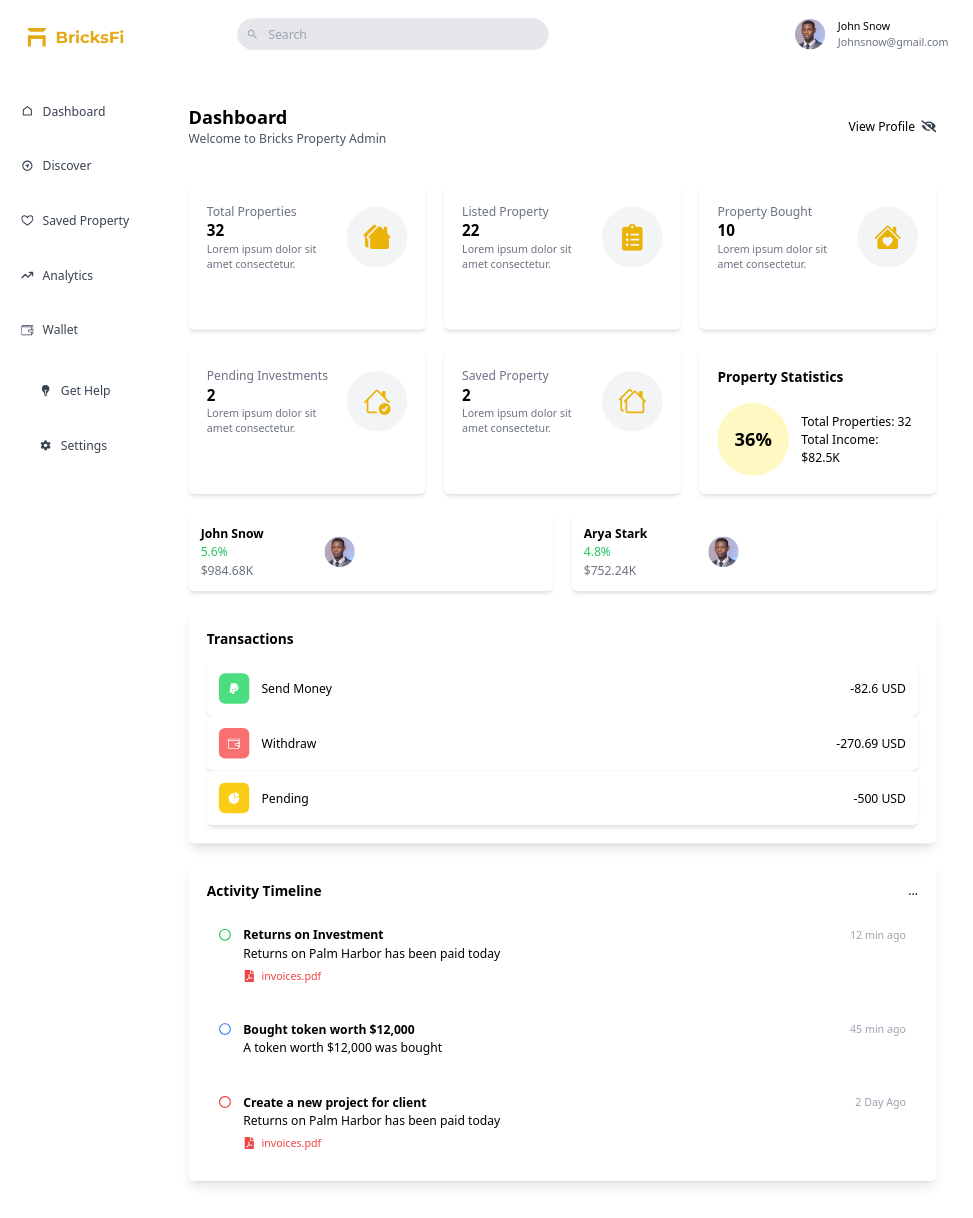
Repository: AyomideAkintade/BricksFi-Frontend
Page: /dashboard (app in client/)
An editor plug-in stored every save of this project. The page is shown before and after the next save, followed by the edit.
The browser window is 1280 px wide. The pictures show the whole page, at 76% of full size.
The page's requests for data from a server got no answer. The project was rebuilt for these pictures with package versions that can differ from the ones it lists, and the page was loaded fresh each time. No one was signed in, and anything a server would have sent is missing. Also part of the build but not shown: client/src/components/navbar.jsx, client/src/components/home.jsx, client/src/components/homeSecond.jsx, client/src/components/homeThird.jsx, client/src/components/homeFifth.jsx, client/src/components/homeSixth.jsx, client/src/components/homeSeventh.jsx, client/src/api/base.js and 11 more.

Above is the page before, as saved 2024-10-04 23:14:54.

### client/src/index.css
@import "tailwindcss/base";
@import "tailwindcss/components";
@import "tailwindcss/utilities";


@font-face {
  font-family: Poppins;
  src: url(/src/assets/fonts/Poppins-Regular.ttf) format("truetype"), url(/src/assets/fonts/Poppins-Bold.ttf) format("truetype"), url(/src/assets/fonts/Poppins-Medium.ttf) format("truetype");

}

### client/src/App.js
import { BrowserRouter as Router, Route, Routes } from "react-router-dom";
import Home from "./pages/homePage";
import HomeFourth from "./components/login.jsx";
import HomeEight from "./components/signup.jsx";
import ForgotPasswordPage from "./components/forgotPassword.jsx";
import DashboardLayout from "./pages/dashboardLayout";
import DashboardPage from "./pages/dashboard.jsx";
import PieAnalytics from "./components/analytics.jsx";
import Discover from "./components/discover.jsx";
import SavedPropertyPage from "./components/savedProperties.jsx";
import { ToastContainer } from "react-toastify";
import 'react-toastify/dist/ReactToastify.css';
import { useEffect, useState } from "react";
import { BrCookies } from "./utils/storage/cookies.js";
// import DiscoverPage from "./pages/discover.jsx";
// import SavedPropertyPage from "./pages/savedProperty.jsx";

function App() {

  const [ loggedIn, setLoggedIn ] = useState(false);
  const [ isLoading, setLoading ] = useState(true);

  useEffect(()=>{
    const ck = new BrCookies(document);
    ck.getCookie('authToken')
      .then((value) => {
        setLoggedIn(true);
        setLoading(false);
      })
      .catch((e) => {
        setLoading(false);
        // this.setState({ isLoading: false }); // Set loading to false even if there is an error
      });
  }, [])
  if (isLoading) {
    return <div></div>;
  }

  return (
    <div>
      <ToastContainer limit={5} />
      {loggedIn ?
      <Router>
        <Routes>
          <Route path="*" element={<DashboardLayout />}>
            <Route index element={<DashboardPage />} />
          </Route>
          <Route path="/dashboard" element={<DashboardLayout />}>
            <Route index element={<DashboardPage />} />
            <Route path="discover" element={<Discover/>} />
            <Route path="saved-property" element={<SavedPropertyPage/>} />
            <Route path="analytics" element={<PieAnalytics />} />
          </Route>
        </Routes>
      </Router>
      :
      <Router>
        <Routes>
          {/* Public Routes */}
          <Route path="/" element={<Home />} />
          <Route path="/login" element={<HomeFourth />} />
          <Route path="/signup" element={<HomeEight />} />
          <Route path="/forgot-password" element={<ForgotPasswordPage />} />

          {/* Dashboard Routes with Sidebar and Header */}
          <Route path="/dashboard" element={<DashboardLayout />}>
            <Route index element={<DashboardPage />} />
            <Route path="discover" element={<Discover/>} />
            <Route path="saved-property" element={<SavedPropertyPage/>} />
            <Route path="analytics" element={<PieAnalytics />} />
          </Route>
        </Routes>
      </Router>
      }
    </div>
  );
}

export default App;

### client/src/pages/dashboardLayout.jsx
import React from 'react';
import Sidebar from '../components/sidebar';
import Header from '../components/header';
import { Outlet } from 'react-router-dom';

const DashboardLayout = () => {
  return (
    <div className="flex">
      {/* Sidebar */}
      <Sidebar />

      <div className="flex-1 ml-[200px]">
        {/* Header */}
        <Header />

        <div className="p-6">
          {/* Outlet will render the child routes here */}
          <Outlet />
        </div>
      </div>
    </div>
  );
};

export default DashboardLayout;

### client/src/pages/dashboard.jsx
import React from 'react';
import DashboardStats from '../components/statCard';
import TopInvestors from '../components/investorCard';
import Transactions from '../components/transaction';
import ActivityTimeline from '../components/activity';
import { FaEyeSlash } from 'react-icons/fa'; // Make sure to import the icon

const Dashboard = () => {
  return (
    <div className="flex flex-col">
      <div className="flex justify-between p-6">
        <div>
          <h2 className="text-2xl font-semibold">Dashboard</h2>
          <p className="text-gray-600">Welcome to Bricks Property Admin</p>
        </div>
        <div className="flex items-center space-x-2">
          <span>View Profile</span>
          <FaEyeSlash className="text-gray-700 text-xl" />
        </div>
      </div>
      <div className="p-6">
        {/* Dashboard Stats */}
        <DashboardStats />

        {/* Top Investors and Property Stats */}
        <div className=" mt-6">
          <TopInvestors />

        </div>

        {/* Transactions Section */}
        <div className="mt-6">
          <Transactions />
        </div>

        {/* Activity Timeline */}
        <div className="mt-6">
          <ActivityTimeline />
        </div>
      </div>
    </div>
  );
};

export default Dashboard;

### client/src/utils/storage/cookies.js

// eslint-disable-next-line no-unused-vars
class BrCookies {

    constructor(document) {
        this.document = document || (typeof document !== "undefined" ? document : null);
    }

    /**
     *
     * @param {Array<CookieData>} dataList
     */

    saveCookies(dataList){

        if (!Array.isArray(dataList)) {
            throw new Error("Data list must be an array.");
        }

        for (const data of dataList) {
            if (!(data instanceof CookieData)) {
                throw new Error("Invalid cookie data format.");
            }

            // save each cookie
            let cookieValue = `${data.name}=${data.value}; expires=${data.expiryDate.toUTCString()}; path=/`;

            // Set SameSite=None if running on localhost
            if (window.location.hostname !== 'localhost') {

                cookieValue += '; SameSite=Strict; Secure'
            }

            this.document.cookie = cookieValue;
        }
    }

    async getCookie(name) {
        return new Promise((resolve, reject) => {
          const cookies = this.document.cookie.split('; ');
          for (const cookie of cookies) {
            const [cookieName, cookieValue] = cookie.split('=');
            if (cookieName === name) {
              resolve(cookieValue);
              return;
            }
          }
          reject(new Error(`Cookie with name ${name} not found.`));
        });
    }

    removeCookie(name) {
        this.document.cookie = name + "=;Path=/;expires=Thu, 01 Jan 1970 00:00:00 GMT";
    }

    removeAllCookies() {
        const cookies = this.document.cookie.split(";");
        for (var i = 0; i < cookies.length; i++) {
            const cookie = cookies[i];
            const eqPos = cookie.indexOf("=");
            const name = eqPos > -1 ? cookie.substr(0, eqPos) : cookie;
            document.cookie = name + "=;Path=/;expires=Thu, 01 Jan 1970 00:00:00 GMT";
        }
    }
}


class CookieData {
    constructor(name, value, expiryDate) {

        if (typeof name !== "string" || typeof value !== "string" || !(expiryDate instanceof Date) || name.length === 0) {
            throw new Error("Invalid CookieData format.");
        }

        this.name = name;
        this.value = value;
        this.expiryDate = expiryDate;
    }
}

function createCookieDate(timeInSec) {

    const timeInDays = timeInSec / (3600 * 24);

    const currentDate = new Date();

    const futureDate = new Date();
    futureDate.setDate(currentDate.getDate() + timeInDays);


    return futureDate
}


export { BrCookies, CookieData, createCookieDate };

### client/src/components/sidebar.jsx
import React from 'react';
import { Link } from 'react-router-dom';
import { RiHomeLine } from "react-icons/ri";
import { RiCompassDiscoverLine } from "react-icons/ri";
import { GrFavorite } from "react-icons/gr";
import { FaArrowTrendUp } from "react-icons/fa6";
import { TfiWallet } from "react-icons/tfi";
import { IoBulbSharp } from "react-icons/io5";
import { IoMdSettings } from "react-icons/io";
import BricksFi from "../assets/bricksfi.svg"

const Sidebar = () => {
  return (
    <aside className="bg-white h-screen w-[15%] fixed p-3 min-w-[200px]">
      <div className="p-6">
        <img
        src={BricksFi}
        alt='BricksFi'
        className='w-full'
        />
      </div>
      <nav className="mt-8">
        <ul className="space-y-4">
          <li className="p-4 hover:bg-yellow-100">
            <Link to="/dashboard" className="flex items-center text-gray-700">
              <RiHomeLine className="mr-3" /> Dashboard
            </Link>
          </li>
          <li className="p-4 hover:bg-yellow-100">
            <Link to="/dashboard/discover" className="flex items-center text-gray-700">
              <RiCompassDiscoverLine className="mr-3" /> Discover
            </Link>
          </li>
          <li className="p-4 hover:bg-yellow-100">
            <Link to="/dashboard/saved-property" className="flex items-center text-gray-700">
              <GrFavorite className="mr-3" /> Saved Property
            </Link>
          </li>
          <li className="p-4 hover:bg-yellow-100">
            <Link to="/dashboard/analytics" className="flex items-center text-gray-700">
              <FaArrowTrendUp className="mr-3" /> Analytics
            </Link>
          </li>
          <li className="p-4 hover:bg-yellow-100">
            <Link to="/dashboard/wallet" className="flex items-center text-gray-700">
              <TfiWallet className="mr-3" /> Wallet
            </Link>
          </li>
        </ul>
      </nav>
      <div className="mt-auto p-6">
        <ul className="space-y-4">
          <li className="p-4 hover:bg-yellow-100">
            <Link to="/" className="flex items-center text-gray-700">
              <IoBulbSharp className="mr-3" /> Get Help
            </Link>
          </li>
          <li className="p-4 hover:bg-yellow-100">
            <Link to="/" className="flex items-center text-gray-700">
              <IoMdSettings className="mr-3" /> Settings
            </Link>
          </li>
        </ul>
      </div>
    </aside>
  );
};

export default Sidebar;

### client/src/components/header.jsx
import React from 'react';
import COCO from "../assets/clem.jpeg"
import { IoMdSearch } from "react-icons/io";
import { IoNotificationsOutline } from "react-icons/io5";

const Header = () => {
  return (
    <div className="w-full flex gap-10 justify-between items-center py-6 bg-white sticky top-0 z-50 px-12" >
      {/* style={{boxShadow: "1px 1px 20px -8px #0000001A"}} */}
      <div className='px-16 w-full'>
      <div className="relative w-2/3">
        <input
          type="text"
          placeholder="Search"
          className="p-2 pl-10 w-full border rounded-full bg-gray-200 text-black focus:outline-none"
        />
        <IoMdSearch className="absolute left-3 top-1/2 transform -translate-y-1/2 text-gray-400" />
      </div>
      </div>
      <div className="flex items-center space-x-4 ">
        <IoNotificationsOutline className="text-gray-700 text-2xl" />
        <img
          src={COCO}
          alt="profile"
          className="rounded-full h-10 w-10"
        />
        <div className="">
          <span className="block text-sm font-medium">John Snow</span>
          <span className="block text-sm text-gray-500">Johnsnow@gmail.com</span>
        </div>
      </div>
    </div>
  );
};

export default Header;

### client/src/components/statCard.jsx
import { BsFillHousesFill, BsHouseCheck, BsFillHouseHeartFill, BsHouses } from "react-icons/bs";
import { FaClipboardList } from "react-icons/fa";
import PropertyStatistics from '../components/propertyStatistic';


const StatCard = ({ title, value, icon, paragraph }) => {
    return (
        <div className="bg-white shadow-md rounded-lg p-6 h-48 flex flex-col justify-between">
            <div className="flex items-center space-x-4">
                <div className="flex-1">
                    <h3 className="text-gray-500">{title}</h3>
                    <h2 className="text-xl font-semibold">{value}</h2>
                    <p className="text-md text-gray-500 text-sm">{paragraph}</p>
                </div>
                <div className="flex items-center justify-center w-20 h-20 bg-gray-100 rounded-full text-yellow-500 text-4xl">
                    {icon}
                </div>
            </div>
        </div>
    );
};


const DashboardStats = () => {
    return (
        <div className="grid grid-cols-1 md:grid-cols-3 gap-6">
            <StatCard
                title="Total Properties"
                value="32"
                paragraph="Lorem ipsum dolor sit amet consectetur."
                icon={<BsFillHousesFill />}
            />
            <StatCard
                title="Listed Property"
                value="22"
                paragraph="Lorem ipsum dolor sit amet consectetur."
                icon={<FaClipboardList />}
            />
            <StatCard
                title="Property Bought"
                value="10"
                paragraph="Lorem ipsum dolor sit amet consectetur."
                icon={<BsFillHouseHeartFill />}
            />
            <StatCard
                title="Pending Investments"
                value="2"
                paragraph="Lorem ipsum dolor sit amet consectetur."
                icon={<BsHouseCheck />}
            />
             <StatCard
                title="Saved Property"
                value="2"
                paragraph="Lorem ipsum dolor sit amet consectetur."
                icon={<BsHouses />}
            />


                <PropertyStatistics />

        </div>
    );
};

export default DashboardStats;

### client/src/components/investorCard.jsx
import Clem from "../assets/clem.jpeg";


const InvestorCard = ({ name, investment, profit }) => {
    return (
      <div className="flex items-center p-4 bg-white shadow-md rounded-lg">

        <div>
          <h3 className="font-semibold">{name}</h3>
          <p className="text-green-500"> {profit}</p>
          <p className="text-gray-500"> {investment}</p>
        </div>

        <img
          src={Clem}
          alt={name}
          className="rounded-full h-10 w-10 ml-20"
        />
      </div>
    );
  };

  const TopInvestors = () => {
    return (
      <>
        {/* <h2 className="text-lg font-semibold mb-4">Top Investors</h2> */}
        <div className="grid grid-cols-1 md:grid-cols-2 gap-6">
          <InvestorCard name="John Snow" investment="$984.68K" profit="5.6%" />
          <InvestorCard name="Arya Stark" investment="$752.24K" profit="4.8%" />
        </div>
      </>
    );
  };

  export default TopInvestors;

### client/src/components/transaction.jsx
import { FaPaypal } from "react-icons/fa6";
import { TfiWallet } from "react-icons/tfi";
import { GiPieChart } from "react-icons/gi";

const TransactionItem = ({ icon, description, amount, bgColor }) => {
    return (
        <div className="flex justify-between items-center p-4 bg-white shadow-md rounded-lg">
            {/* Icon and Description in a row */}
            <div className="flex items-center space-x-4">
                {/* Icon with dynamic background and rounded shape */}
                <div className={`p-3 ${bgColor} rounded-lg text-white`}>
                    {icon}
                </div>
                <span>{description}</span>
            </div>

            {/* Amount */}
            <div>
                <span>{amount}</span>
            </div>
        </div>
    );
};

const Transactions = () => {
    return (
        <div className="bg-white p-6 shadow-lg rounded-lg">
            <h2 className="text-lg font-semibold mb-4">Transactions</h2>
            {/* Different background colors for each transaction */}
            <TransactionItem
                icon={<FaPaypal />}
                description="Send Money"
                amount="-82.6 USD"
                bgColor="bg-green-400"  // Green background
            />
            <TransactionItem
                icon={<TfiWallet />}
                description="Withdraw"
                amount="-270.69 USD"
                bgColor="bg-red-400"    // Red background
            />
            <TransactionItem
                icon={<GiPieChart />}
                description="Pending"
                amount="-500 USD"
                bgColor="bg-yellow-400" // Yellow background
            />
        </div>
    );
};

export default Transactions;

### client/src/components/activity.jsx
import React from 'react';
import { FaRegCircle, FaFilePdf } from 'react-icons/fa'; // Import necessary icons

const ActivityItem = ({ title, description, time, file, color }) => {
    return (
        <div className="flex items-start space-x-4 p-4">
            <div className="mt-1">
                {/* The color prop determines the icon color */}
                <FaRegCircle className={`${color}`} />
            </div>
            <div className="flex-1">
                <div className="flex justify-between items-center">
                    <h4 className="font-semibold">{title}</h4>
                    <span className="text-gray-400 text-sm">{time}</span>
                </div>
                <p>{description}</p>
                {file && (
                    <div className="flex items-center mt-2 text-red-500">
                        <FaFilePdf />
                        <span className="ml-2 text-sm">{file}</span>
                    </div>
                )}
            </div>
        </div>
    );
};

const ActivityTimeline = () => {
    return (
        <div className="bg-white p-6 shadow-lg rounded-lg">
            <div className="flex justify-between items-center mb-4">
                <h2 className="text-lg font-semibold">Activity Timeline</h2>
                <div>...</div>
            </div>
            <div className="space-y-4">
                <ActivityItem
                    title="Returns on Investment"
                    description="Returns on Palm Harbor has been paid today"
                    time="12 min ago"
                    file="invoices.pdf"
                    // Blue icon
                    color="text-green-500"
                />
                <ActivityItem
                    title="Bought token worth $12,000"
                    description="A token worth $12,000 was bought"
                    time="45 min ago"
                    color="text-blue-500" // Green icon
                />
                <ActivityItem
                    title="Create a new project for client"
                    description="Returns on Palm Harbor has been paid today"
                    time="2 Day Ago"
                    file="invoices.pdf"
                    color="text-red-500" // Red icon
                />
            </div>
        </div>
    );
};

export default ActivityTimeline;

### client/src/components/propertyStatistic.jsx
import React from 'react';

const PropertyStatistics = () => {
    return (
        <div className="bg-white shadow-md rounded-lg p-6 flex flex-col justify-between">
            <h2 className="text-lg font-semibold mb-4">Property Statistics</h2>
            <div className="flex items-center space-x-4">
                {/* Property Stats Circle Graph */}
                <div className="w-24 h-24 bg-yellow-100 rounded-full flex items-center justify-center">
                    <span className="text-2xl font-bold">36%</span>
                </div>
                <div>
                    <p>Total Properties: 32</p>
                    <p>Total Income: $82.5K</p>
                </div>
            </div>
        </div>
    );
};

export default PropertyStatistics;

### client/tailwind.config.js
/** @type {import('tailwindcss').Config} */
module.exports = {
  content: ["./src/**/*.{html,js,jsx}"],
  theme: {
    extend: {
      fontFamily: {
        Poppins: ['Poppins'],
      }
    },
    screens: {
      sm: '640px',
      // => @media (min-width: 640px) { ... }

      md: '768px',
      // => @media (min-width: 768px) { ... }

      lg: '1024px',
      // => @media (min-width: 1024px) { ... }

      xl: '1280px',
      // => @media (min-width: 1280px) { ... }

      '2xl': '1536px',
      // => @media (min-width: 1536px) { ... }
      'custombp': {'raw': '(min-height: 375px),(min-width:768px)'}
    },
  },
  plugins: [],
}

Loaded but not shown: client/public/index.html (common file); client/src/index.js (common file); client/src/reportWebVitals.js (common file)

After the next save:
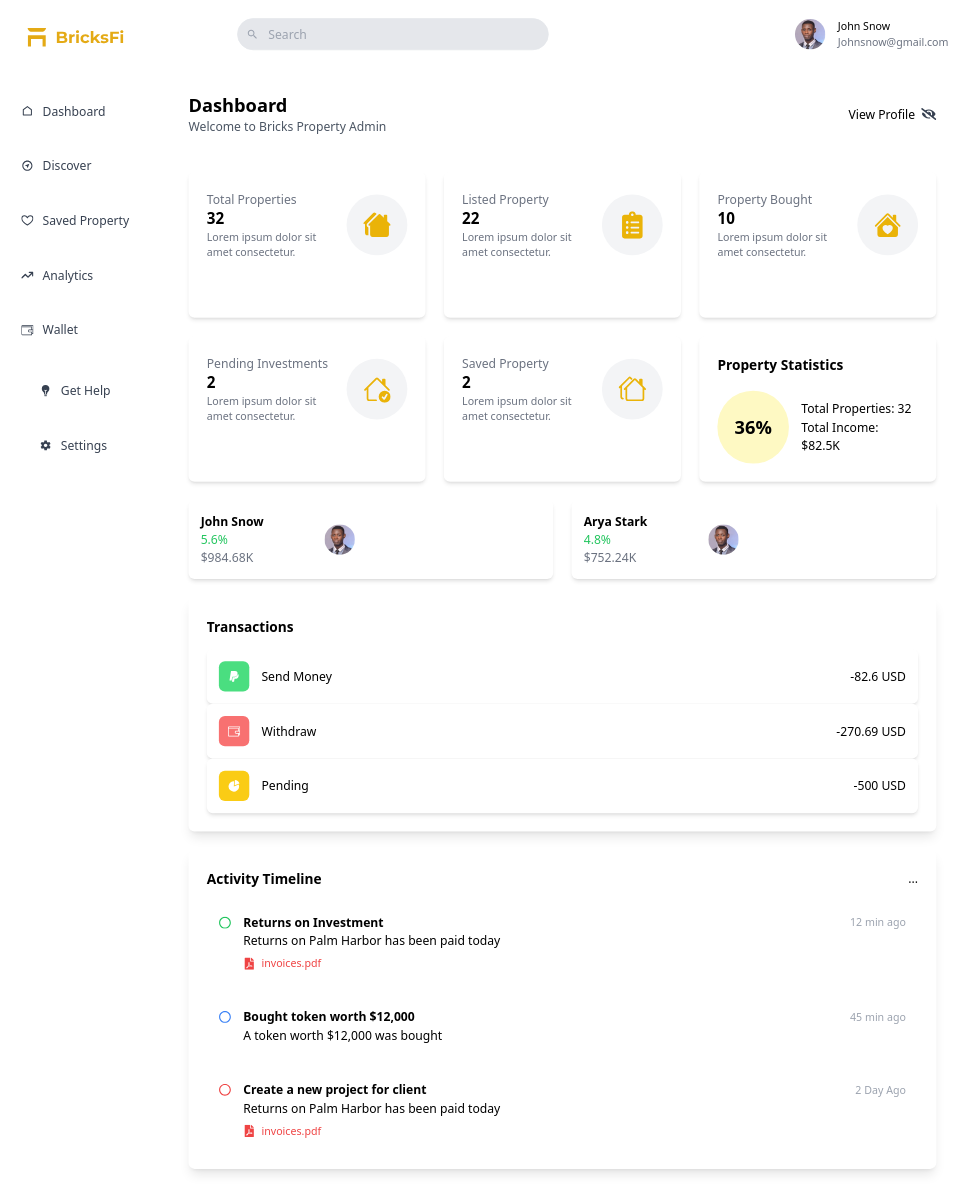
Saved 10 s later.
--- a/client/src/pages/dashboardLayout.jsx
+++ b/client/src/pages/dashboardLayout.jsx
@@ -13,7 +13,7 @@ const DashboardLayout = () => {
         {/* Header */}
         <Header />
 
-        <div className="p-6">
+        <div className="px-6 py-2">
           {/* Outlet will render the child routes here */}
           <Outlet />
         </div>
